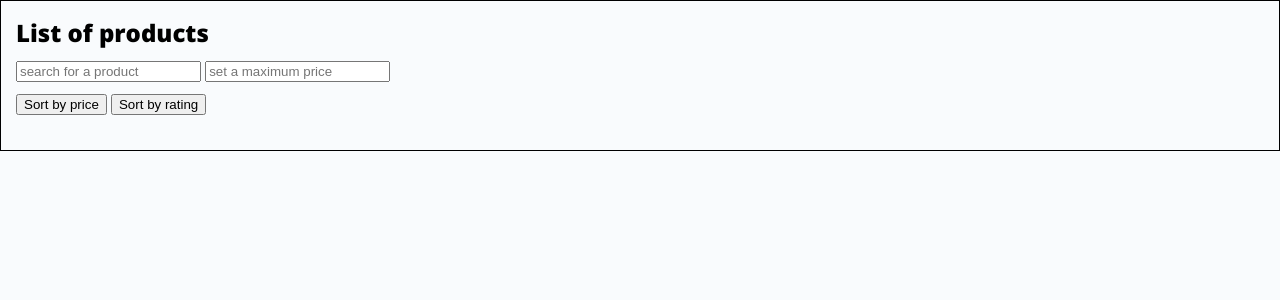
Repository: andrii1/hyf-homework
Page: javascript/javascript2/week2/hyf-bay/index.html
The author's editor kept a copy of each file at every save. The page is drawn from the files as they stood at one save, then again after the next save.
The browser window is 1280 px wide. The pictures show the whole page.

Above is the page before, as saved 2022-07-06 12:15:51.

### javascript/javascript2/week2/hyf-bay/index.html
<head>
  <title>HyfBay - list of products</title>
  <meta name="viewport" content="width=device-width, initial-scale=1" />
  <link rel="stylesheet" type="text/css" href="main.css" />
  <link
    href="https://fonts.googleapis.com/css?family=Open+Sans:400,800"
    rel="stylesheet"
  />
</head>

<body>
  <main>
    <section class="box-products">
      <h1>List of products</h1>
      <form action="#" class="form">
        <input type="text" id="search" placeholder="search for a product" />
        <input
          type="text"
          id="maximumPrice"
          placeholder="set a maximum price"
        />
      </form>
      <button id="price-sort">Sort by price</button>
      <button id="rating-sort">Sort by rating</button>
      <ul id="list"></ul>
    </section>
  </main>
  <script src="hyfBayHelpers.js"></script>
  <script src="main.js"></script>
</body>

### javascript/javascript2/week2/hyf-bay/main.css
body {
    font-family: "Open Sans", sans-serif;
    background-color: #F9FBFD;
}

* {
    box-sizing: border-box;
}

body, h1, h2 {
    margin: 0;
}

ul {
    list-style-type: none;
    margin: 0;
    padding: 10;
}

main {
  display: flex;
  align-items: center;
  padding:15;
  align-items: center;
  border: 1px solid black;
}

.box-products {
  width: 500px;
}

form {
  margin: 10 0;
}

### javascript/javascript2/week2/hyf-bay/hyfBayHelpers.js
/* DONT MODIFY ANY OF THIS CODE!!!*/

window.getAvailableProducts = function () {
  function getRandomInt(min, max) {
    min = Math.ceil(min);
    max = Math.floor(max);
    return Math.floor(Math.random() * (max - min + 1)) + min;
  }

  function getRandomItem(availableProductNames) {
    return availableProductNames[
      getRandomInt(0, availableProductNames.length - 1)
    ];
  }

  function getRandomProductname() {
    const preWords = [
      "Used",
      "Fantastic",
      '"Used"',
      "Broken",
      "Beautiful",
      "Wet",
      "Green",
      "Sloppy",
      "Dirty",
    ];
    const productNames = [
      "Carrot",
      "Drone",
      "Giftcard",
      "Puppy",
      "Car",
      "Shirt",
      "Milk",
      "Chalk",
      "Fish fingers",
      "Socks",
      "Chocolate",
      "Toothbrush",
      "Computer",
      "Nokia",
      "Cologne",
    ];

    let chosenProductName = getRandomItem(productNames);
    const shouldHavePreWord = getRandomInt(0, 10) > 6;

    if (shouldHavePreWord) {
      const preWord = preWords[getRandomInt(0, preWords.length - 1)];
      chosenProductName = `${preWord} ${chosenProductName}`;
    }

    return chosenProductName;
  }

  const numberOfAvailableProducts = getRandomInt(0, 30);
  const availableProducts = Array.apply(
    null,
    Array(numberOfAvailableProducts)
  ).map(() => {
    const name = getRandomProductname();
    return {
      id: `${name}${getRandomInt(0, 100000)}`,
      name,
      price: getRandomInt(0, 10000),
      rating: getRandomInt(1, 10),
    };
  });

  return availableProducts;
};

### javascript/javascript2/week2/hyf-bay/main.js
console.log("Script loaded");
const products = getAvailableProducts();
console.log(products);
let clickCount = 0;
let clickCountRating = 0;
const searchInput = document.getElementById("search");
const maximumPriceInput = document.getElementById("maximumPrice");
const buttonSortPrice = document.getElementById("price-sort");
const buttonSortRating = document.getElementById("rating-sort");
searchInput.addEventListener("input", filterProducts);
maximumPriceInput.addEventListener("input", filterProductsByPrice);
buttonSortPrice.addEventListener("click", sortProductsByPrice);
buttonSortRating.addEventListener("click", sortProductsByRating);
function filterProducts(event) {
  const filteredProducts = products.filter((product) =>
    product.name.toLowerCase().includes(event.target.value)
  );
  renderProducts(filteredProducts);
}

function filterProductsByPrice(event) {
  const filteredProducts = products.filter(
    (product) => product.price < event.target.value
  );
  renderProducts(filteredProducts);
}

function sortProductsByPrice() {
  if (clickCount % 2 == 0) {
    const sortedProducts = products.sort((a, b) => a.price - b.price);
    renderProducts(sortedProducts);
  } else {
    const sortedProducts = products.sort((a, b) => b.price - a.price);
    renderProducts(sortedProducts);
  }

  clickCount++;
}

function sortProductsByRating() {
  if (clickCountRating % 2 == 0) {
    const sortedProducts = products.sort((a, b) => a.rating - b.rating);
    renderProducts(sortedProducts);
  } else {
    const sortedProducts = products.sort((a, b) => b.rating - a.rating);
    renderProducts(sortedProducts);
  }

  clickCountRating++;
}

const list = document.querySelector("#list");

function renderProducts(products) {
  // your code here
  list.innerHTML = "";
  for (let i = 0; i < products.length; i++) {
    const listItem = document.createElement("li");
    const name = document.createElement("h2");
    const price = document.createElement("p");
    const rating = document.createElement("p");
    name.innerHTML = products[i].name;
    price.innerHTML = `price: ${products[i].price}`;
    rating.innerHTML = `rating: ${products[i].rating}`;
    list.appendChild(listItem);
    list.appendChild(name);
    list.appendChild(price);
    list.appendChild(rating);
  }
}

//renderProducts(products); // This should create the ul and the li's with the individual products details

After the next save:
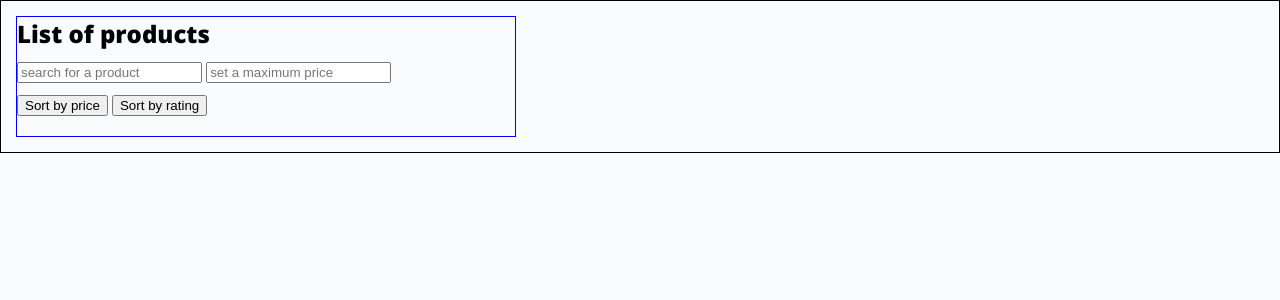
Saved 13 s later.
--- a/javascript/javascript2/week2/hyf-bay/main.css
+++ b/javascript/javascript2/week2/hyf-bay/main.css
@@ -27,6 +27,7 @@ main {
 
 .box-products {
   width: 500px;
+  border: 1px solid blue;
 }
 
 form {
